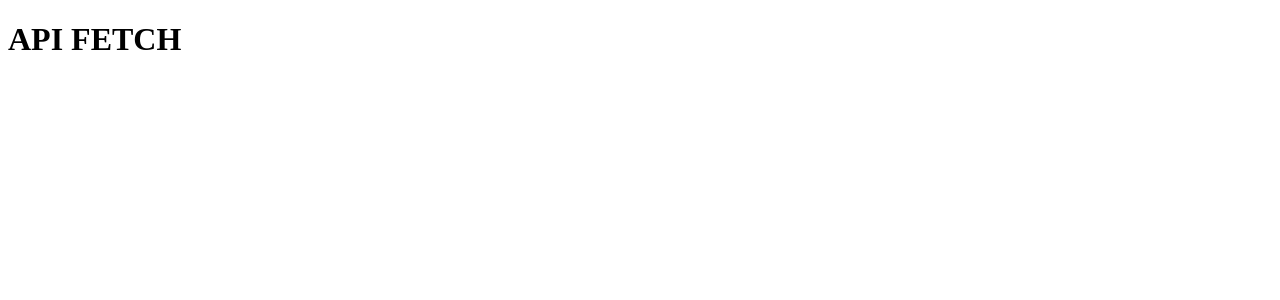
Repository: Kepsondiaz/FetchApiPostalCode
Page: index.html
An editor plug-in stored every save of this project. The page is shown before and after the next save, followed by the edit.
The browser window is 1280 px wide. The pictures show the whole page.

Above is the page before, as saved 2022-12-06 14:52:37.

### index.html
<!DOCTYPE html>
<html lang="en">
<head>
    <meta charset="UTF-8">
    <meta http-equiv="X-UA-Compatible" content="IE=edge">
    <meta name="viewport" content="width=device-width, initial-scale=1.0">
    <script src="https://cdn.jsdelivr.net/npm/@popperjs/core@2.11.6/dist/umd/popper.min.js" integrity="sha384-oBqDVmMz9ATKxIep9tiCxS/Z9fNfEXiDAYTujMAeBAsjFuCZSmKbSSUnQlmh/jp3" crossorigin="anonymous"></script>
    <script src="https://cdn.jsdelivr.net/npm/bootstrap@5.2.3/dist/js/bootstrap.min.js" integrity="sha384-cuYeSxntonz0PPNlHhBs68uyIAVpIIOZZ5JqeqvYYIcEL727kskC66kF92t6Xl2V" crossorigin="anonymous"></script>
    <title>Document</title>
</head>
<body>
    <h1>API FETCH</h1>
</body>
</html>

After the next save:
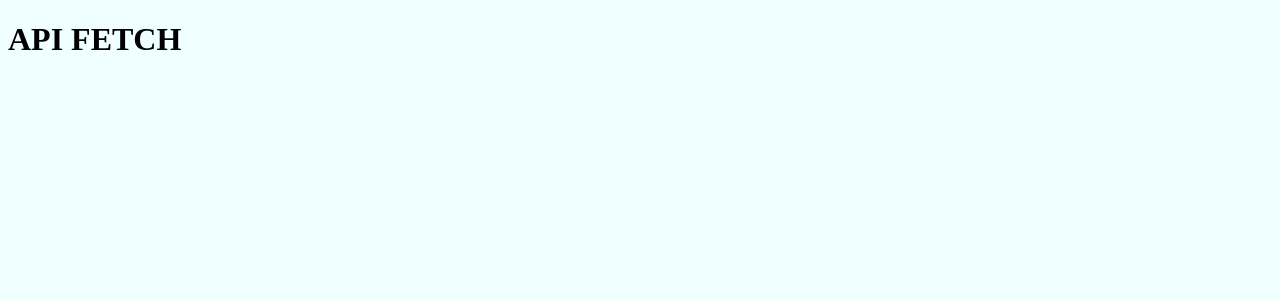
Saved 104 s later.
--- a/index.html
+++ b/index.html
@@ -7,6 +7,11 @@
     <script src="https://cdn.jsdelivr.net/npm/@popperjs/core@2.11.6/dist/umd/popper.min.js" integrity="sha384-oBqDVmMz9ATKxIep9tiCxS/Z9fNfEXiDAYTujMAeBAsjFuCZSmKbSSUnQlmh/jp3" crossorigin="anonymous"></script>
     <script src="https://cdn.jsdelivr.net/npm/bootstrap@5.2.3/dist/js/bootstrap.min.js" integrity="sha384-cuYeSxntonz0PPNlHhBs68uyIAVpIIOZZ5JqeqvYYIcEL727kskC66kF92t6Xl2V" crossorigin="anonymous"></script>
     <title>Document</title>
+    <style>
+        body{
+            background-color: azure;
+        }
+    </style>
 </head>
 <body>
     <h1>API FETCH</h1>
